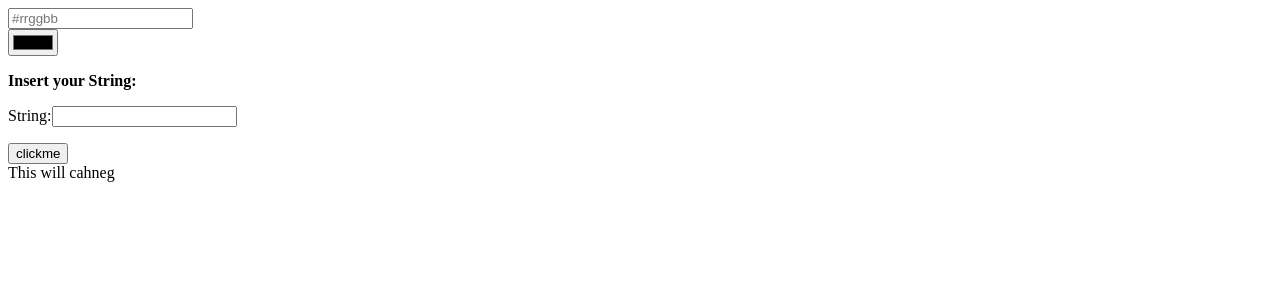
Repository: Micheal11/ReverseStringAssignment
Page: src/MyWidget/widget/template/MyWidget.html
An editor plug-in stored every save of this project. The page is shown before and after the next save, followed by the edit.
The browser window is 1280 px wide. The pictures show the whole page.

Above is the page before, as saved 2017-07-14 10:26:51.

After the next save:
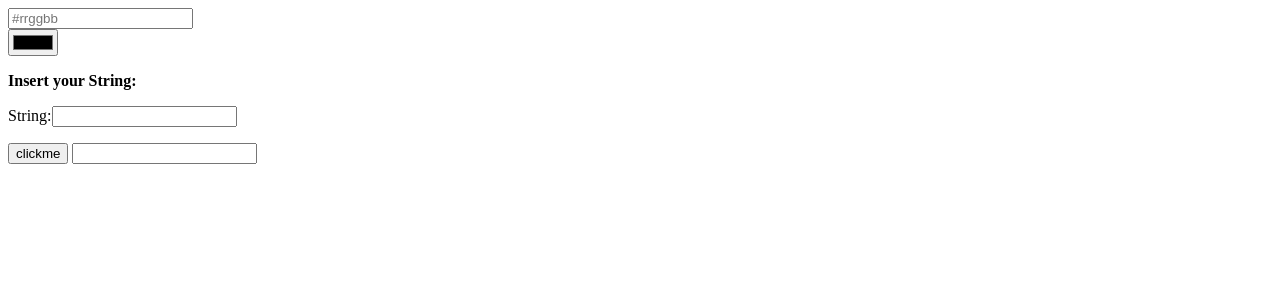
Saved 4 s later.
--- a/src/MyWidget/widget/template/MyWidget.html
+++ b/src/MyWidget/widget/template/MyWidget.html
@@ -11,7 +11,7 @@
                 <b>Insert your String:</b>
                 <p>String:<input type="text"  name="myString" id="myString"></p>
                 <button type="button" data-dojo-attach-event = "onclick: reversedString">clickme</button>
-                <div data-dojo-attach-point="ss"> This will cahneg</div>
+                <input type="text" data-dojo-attach-point="ss">
             </div>
         </form>
     <div class="widgetname-infoTextNode" data-dojo-attach-point="infoTextNode" />
